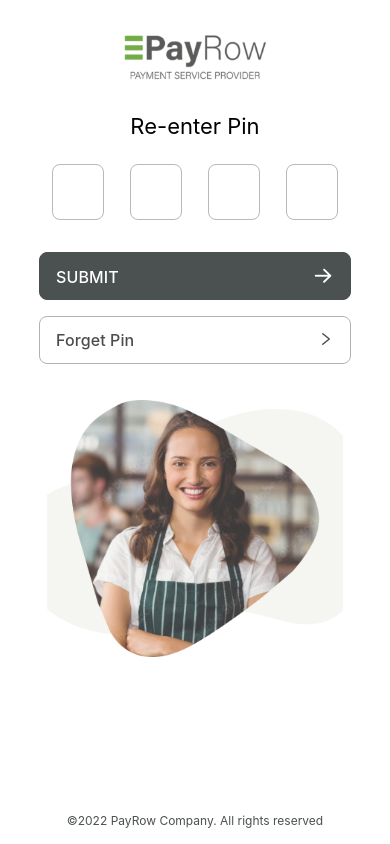
Repository: rishabh-critical-river/payrowios
Screen: /ReEnterPin
These files come from the project's save history. The screen is drawn as it stood at one moment and after the next save; the edit follows.
The app was drawn by React Native's web renderer in a window 390 px wide. The project was rebuilt for these pictures with package versions that can differ from the ones it lists, and the page was loaded fresh each time. Also part of the build but not shown: screens/onboarding/CreateAccount.js, screens/home/HomeScreen.tsx, screens/home/HomeComponents/TapToPay.tsx, screens/home/HomeComponents/PaymentSummary.js, screens/home/HomeComponents/AddItem.js, screens/home/HomeComponents/TapCard.tsx, screens/home/HomeComponents/EnterPin.tsx, screens/home/HomeComponents/Confirmation.tsx and 37 more.

Above is the screen before, as saved 2023-07-27 07:40:24.

After the next save:
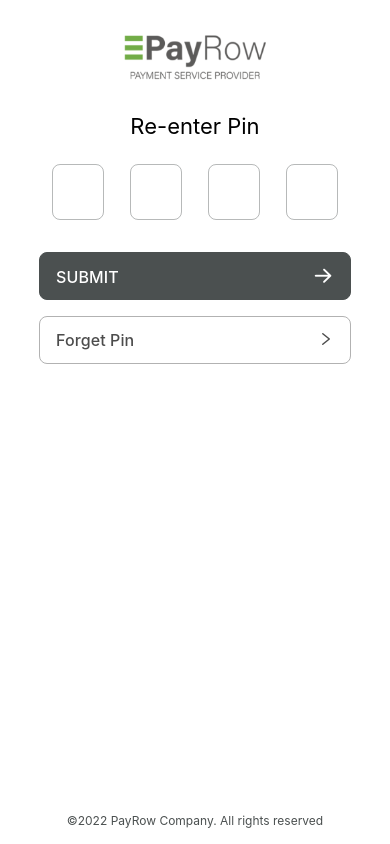
Saved 60 s later.
--- a/screens/onboarding/Reenterpin.js
+++ b/screens/onboarding/Reenterpin.js
@@ -119,11 +119,14 @@ function ReEnterPin({ navigation }) {
           }}
         >
           <View style={styles.buttonContent}>
-            <Text style={styles.buttonText}
-             onPress={() => {
-              navigation.navigate("EnterPins");
-            }}
-            >SUBMIT</Text>
+            <Text
+              style={styles.buttonText}
+              onPress={() => {
+                navigation.navigate("EnterPins");
+              }}
+            >
+              SUBMIT
+            </Text>
             <View style={styles.arrowIcon}>
               <AntDesign name="arrowright" size={22} color="white" />
             </View>
@@ -160,7 +163,7 @@ function ReEnterPin({ navigation }) {
                   flex: 1,
                 }}
               >
-               Forget Pin
+                Forget Pin
               </Text>
               <View
                 style={{
@@ -182,15 +185,15 @@ function ReEnterPin({ navigation }) {
           </View>
         </TouchableOpacity>
 
-        <Image
+        {/* <Image
           source={require("../../src/Images/getStarted.png")}
           style={{
-            width: 296,
-            height: 257,
+            width: 312,
+            height: 230,
             alignSelf: "center",
             marginTop: 36,
           }}
-        />
+        /> */}
       </View>
       <Text
         style={{
